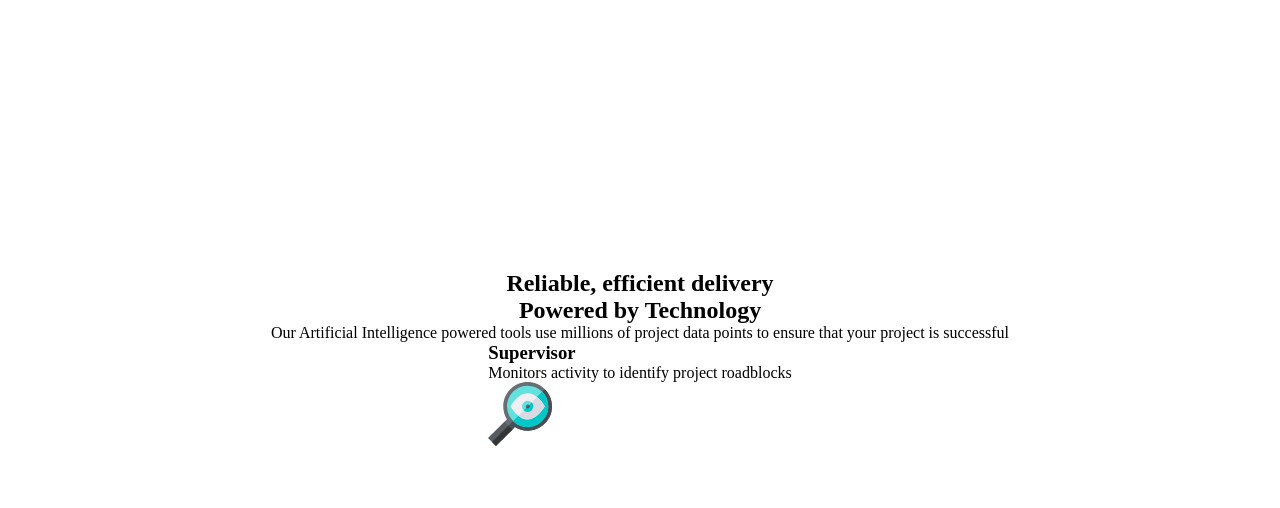
Repository: brandontaylor1/four-card-feature
Page: index.html
These files come from the project's save history. The page is drawn as it stood at one moment and after the next save; the edit follows.
The browser window is 1280 px wide. The pictures show the whole page.

Above is the page before, as saved 2025-01-09 22:26:47.

### index.html
<!DOCTYPE html>
<html lang="en">
<head>
    <meta charset="UTF-8">
    <meta name="viewport" content="width=device-width, initial-scale=1.0">
    <link rel="preconnect" href="https://fonts.googleapis.com">
    <link rel="preconnect" href="https://fonts.gstatic.com" crossorigin>
    <link href="https://fonts.googleapis.com/css2?family=Poppins:ital,wght@0,100;0,200;0,300;0,400;0,500;0,600;0,700;0,800;0,900;1,100;1,200;1,300;1,400;1,500;1,600;1,700;1,800;1,900&display=swap" rel="stylesheet">
    <link rel="stylesheet" href="styles.css">
    <title>Four Card Feature</title>
</head>
<body>
    <main class="container">
        <section class="page-content">
            <h1>Reliable, efficient delivery</h1>
            <h2>Powered by Technology</h2>
            <p>Our Artificial Intelligence powered tools use millions of project data points to ensure that your project is successful</p>
        </section>
        <section class="card-container">
            <div class="card-column">
                <div class="card">
                    <h3>Supervisor</h3>
                    <p>Monitors activity to identify project roadblocks</p>
                    <img src="./assets/images/icon-supervisor.svg" alt="Supervisor Icon">
                </div>
            </div>
        </section>
    </main>

</body>
</html>

### styles.css
* {
    margin: 0;
    padding: 0;
    box-sizing: border-box;
}

:root {
    --primary-red: hsl(0, 78%, 62%);
    --primary-cyan: hsl(180, 62%, 55%);
    --primary-orange: hsl(34, 97%, 64%);
    --primary-blue: hsl(212, 86%, 64%);

    --secondary-dark-blue: hsl(234, 12%, 34%);
    --secondary-grayish-blue: hsl(229, 6%, 66%);
    --secondary-light-gray: hsl(0, 0%, 98%);
}

.container {
    height: 100vh;
    display: flex;
    align-items: center;
    justify-content: center;
    flex-direction: column;
}

.page-content {
    display: flex;
    flex-direction: column;
    align-items: center;
}

After the next save:
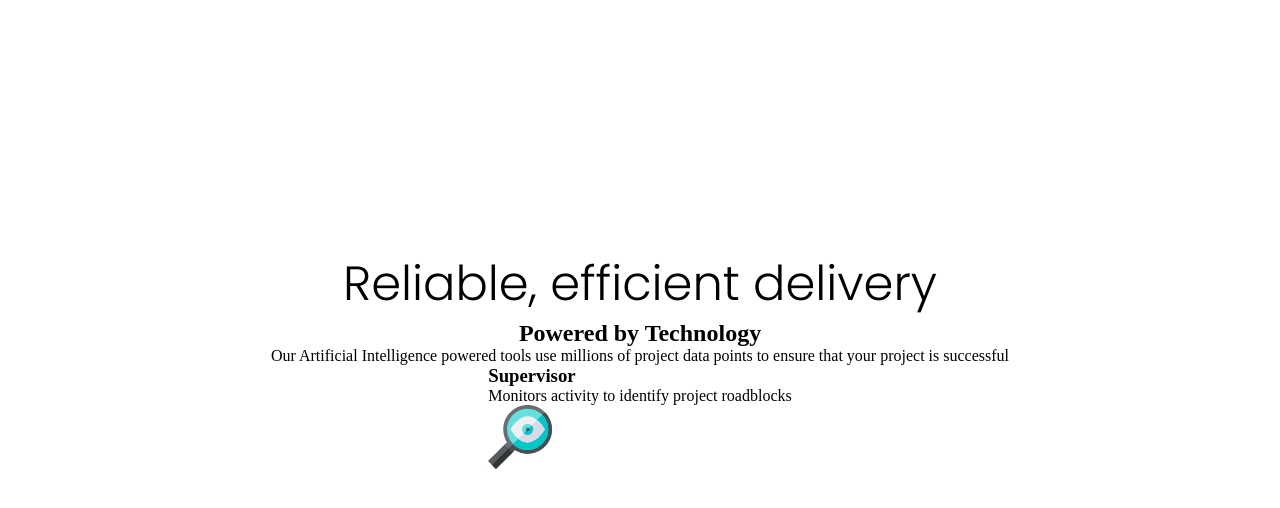
Saved 43 s later.
--- a/styles.css
+++ b/styles.css
@@ -28,3 +28,9 @@
     flex-direction: column;
     align-items: center;
 }
+
+.page-content h1 {
+    font-size: 3rem;
+    font-family: "Poppins", sans-serif;
+    font-weight: 300;
+}
